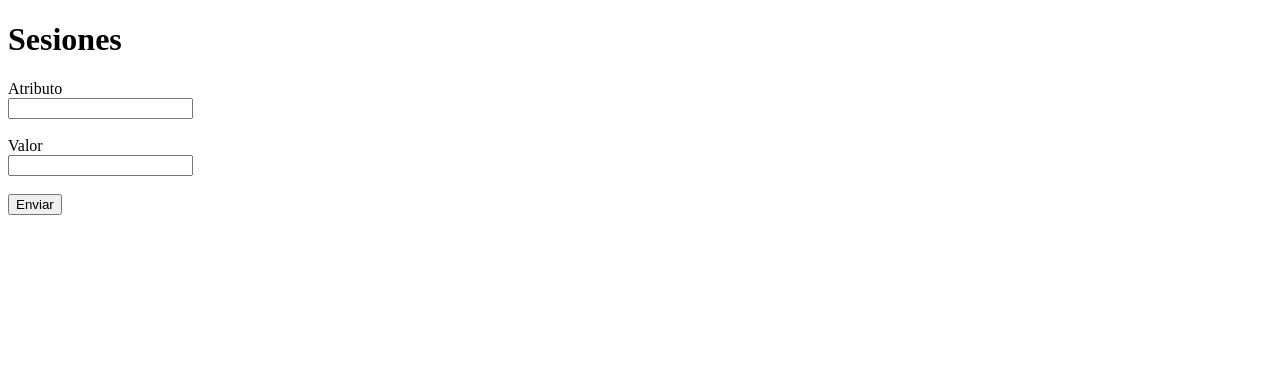
Repository: cabotillo/javaee
Page: Sesiones/WebContent/index.html
These files come from the project's save history. The page is drawn as it stood at one moment and after the next save; the edit follows.
The browser window is 1280 px wide. The pictures show the whole page.

Above is the page before, as saved 2017-02-16 18:43:02.

### Sesiones/WebContent/index.html
<!DOCTYPE html>
<html>
<head>
<meta charset="UTF-8">
<title>Encuesta</title>
</head>
<body>
<h1>Sesiones</h1>
<form action="/Sesiones/anyadir">
Atributo<br><input type="text" name="atributo"><br><br>
Valor<br><input type="text" name="valor"><br><br>
<input type="submit" value="Enviar" >

</form>
</body>
</html>

After the next save:
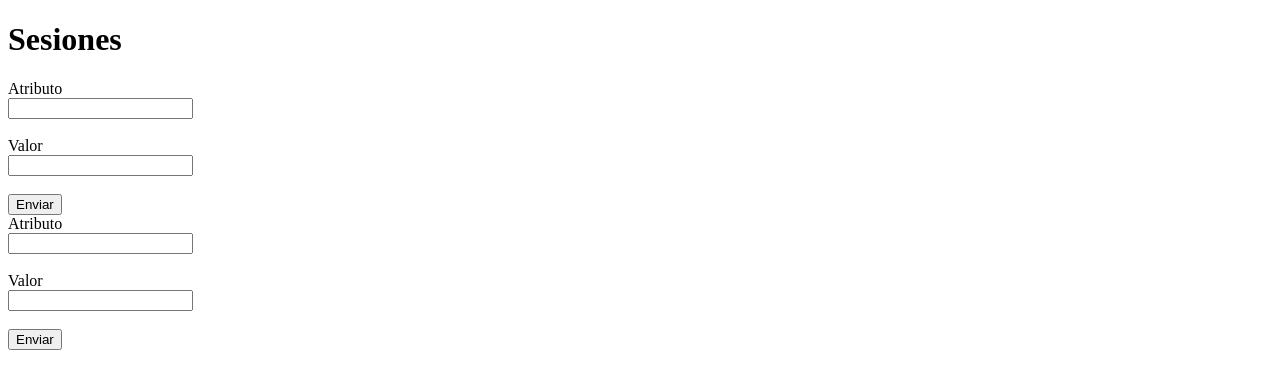
Saved 111 s later.
--- a/Sesiones/WebContent/index.html
+++ b/Sesiones/WebContent/index.html
@@ -12,5 +12,14 @@ Valor<br><input type="text" name="valor"><br><br>
 <input type="submit" value="Enviar" >
 
 </form>
+
+<form action="/Sesiones/invalidar">
+Atributo<br><input type="text" name="atributo"><br><br>
+Valor<br><input type="text" name="valor"><br><br>
+<input type="submit" value="Enviar" >
+
+</form>
+
+
 </body>
 </html>
